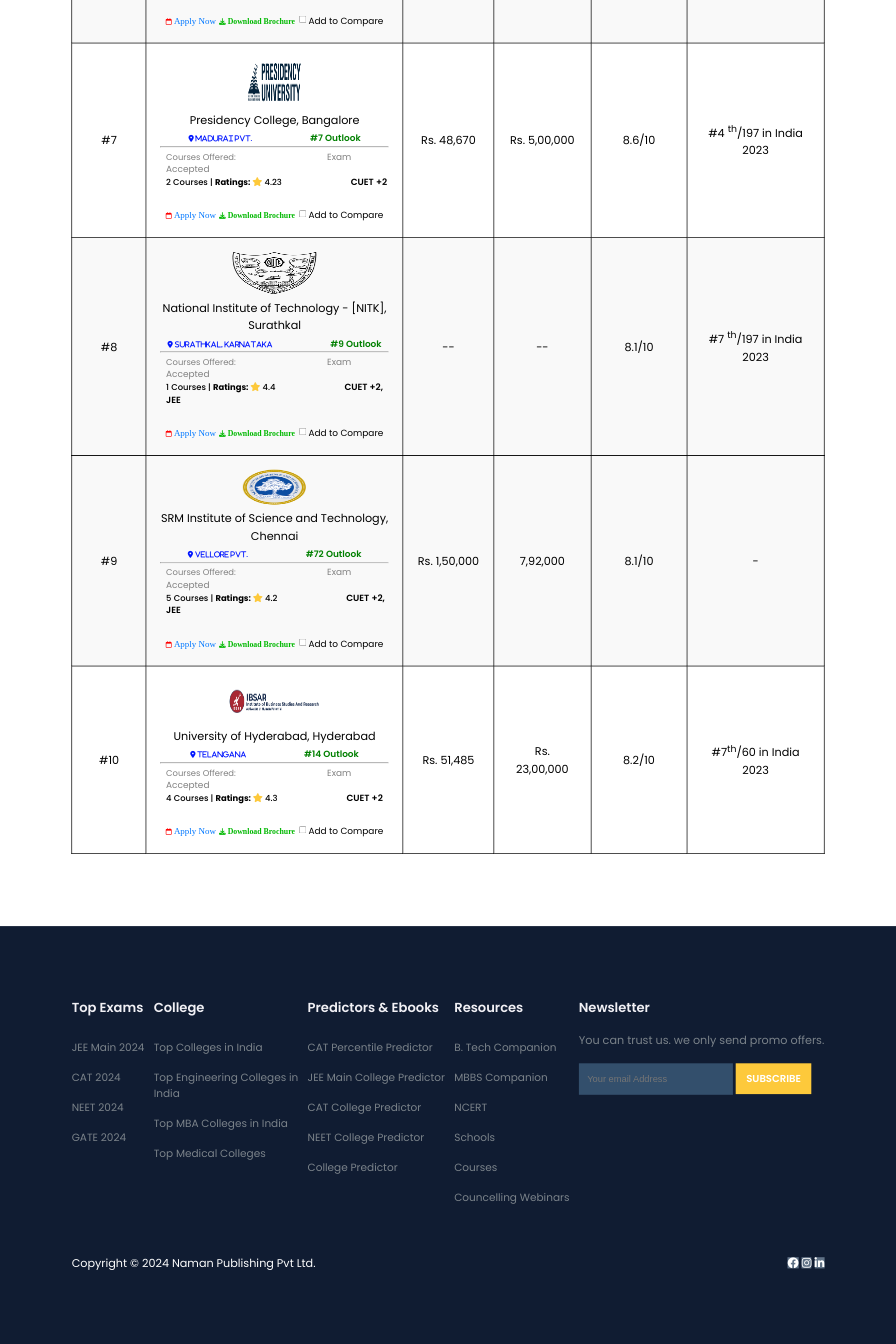
Repository: NamanSahu09/VidyaPreet-Ed-Tech-Website
Page: mca.html
These files come from the project's save history. The page is drawn as it stood at one moment and after a run of saves; the edit follows.
The browser window is 1280 px wide. The pictures show the part of the page from y = 3440 to 5360 px (the page is 5360 px tall), at 70% of full size.
Some web libraries are served in a nearby version.

Above is the page before, as saved 2024-04-15 00:16:16.

### mca.html
<!DOCTYPE html>
<html lang="en">
<head>
	<meta charset="UTF-8">
	<meta name="viewport" content="width=device-width, initial-scale=1.0">
	<title>Top MCA Colleges in India</title>
	<link rel="shortcut icon" href="img/Vidya peeth.png">
	<!-- font Awesome CDN link -->
	<link rel="stylesheet" href="https://cdnjs.cloudflare.com/ajax/libs/font-awesome/6.1.1/css/all.min.css" />

	<!-- External CSS -->
	<!-- <link rel="stylesheet" href="style.css"> -->
	<!-- <link rel="stylesheet" href="about.css"> -->
	<link rel="stylesheet" href="bsc.css">



	<!-- JQuery CDN link -->
	<script src="https://code.jquery.com/jquery-3.6.0.min.js" integrity="sha256-/xUj+3OJU5yExlq6GSYGSHk7tPXikynS7ogEvDej/m4=" crossorigin="anonymous"></script>
</head>
<body>
	<!-- Navigation start -->
	<nav>
		<img src="img/Vidya peeth.png" class="logo" alt="" height="70px"  width="250px"/>

		<div class="navigation">
			<ul>
				<i id="menu-close" class="fas fa-times"></i>
				<li><a href="index.html" class="active">Home</a></li>
				<li><a href="about.html">About Us</a></li>
				<!-- <li><a href="courses.html">Courses</a></li> -->
				<li><a href="contact.html">Contact</a></li>
				<li><a href="#">
					<i class="far fa-user"></i>
					</a>
				</li>


			</ul>

			<img src="img/menu.png" id="menu-btn" alt="">
		</div>
	</nav>
	<!-- Navigation ends -->



  <!-- login sign-up-form -->

  <div class="form">
    <!-- login -->
    <div class="login-form">

      <!-- cancel-btn -->

      <a href="#" class="form-cancel">
        <i class="fas fa-times"></i>
      </a>


      <strong>Log In</strong>
      <!-- inputs -->
      <form >
        <input type="email" placeholder="Example@gmail.com" name="email" required>
        <input type="password" placeholder="Password" name="password" required>
        <!-- submit-btn -->
        <input type="submit" value="Log In">
      </form>

      <!-- Forget-and-signup -->
      <div class="form-btns">
          <a href="#" class="forget">Forget Your Password?</a>
          <a href="#" class="sign-up-btn">Create Account</a>
    </div>

    </div>




     <!-- Sign Up -->
     <div class="sign-up-form">

      <!-- cancel-btn -->

      <a href="#" class="form-cancel">
        <i class="fas fa-times"></i>
      </a>


      <strong>Sign In</strong>
      <!-- inputs -->
      <form >
        <input type="text" placeholder="Full Name" name="fullname" required>
        <input type="email" placeholder="Example@gmail.com" name="email" required>
        <input type="password" placeholder="Password" name="password" required>
        <!-- submit-btn -->
        <input type="submit" value="Sign Up">
      </form>

      <!-- Forget-and-signup -->
      <div class="form-btns">
          <a href="#" class="already-acount">Already have Account?</a>
    </div>

    </div>

  </div>







	<!-- Hero section starts from here -->
	<section id="about-home">
		<h2>
			Lists of BCA Colleges in India based on 2024 Ranking
		</h2>
	</section>
	<!-- Hero section ends from here -->


  <div style="text-align: center; margin-top: 10px;">
    <img src="img/graph0.png" alt="" style="background-image:url('img/graph0.png'); background-position: center;">
    <img src="img/mca.png" alt="">
    <img src="img/mca2.webp" alt="">
</div>

	<section id="contact">

		<div class="table-container">
		<table  class="custom-table">
			<tr align="center">
	<th>CD RANK</th>
	<th>Colleges</th>
	<th>Course Fees</th>
	<th>Placement</th>
	<th>User Reviews</th>
	<th>Ranking</th>
	</tr>

	<tr align="center">
	<td>#1</td>
	<td>

		<div class="container-wrapper">

			<div class="container1">
				<img src="logos/christ.png" alt="logo" height="55px" width="80px">
			</div>

			<div class="container2">
				<a href="https://christuniversity.in/">Christ University, Bangalore</a><br>
		   <i class="fa-solid fa-location-dot " style="font-size: 10px; "> Karnataka Pvt. </i>
		   <span style="color: green; font-weight: 600; margin-left: 24%;"> #2 Outlook</span>
			</div>
		</div>

		<hr>


	<p style="font-size: 12px; color: grey; margin-left: 0.5rem; margin-top: 4px;" align="left">Courses Offered:
	<span class="between">Exam Accepted</span>
	</p>
	<p align="left" style="margin-left: 0.5rem; font-size: 12px; font-weight: 500; ">4 Courses |
			<b>Ratings: </b><i align="left" class="fa-solid fa-star"></i> 4.1
			<span class="between1">UGC, NBA Approved</span>
	</p>

<br>

	<i class="fa-regular fa-calendar" align="left"><a href="https://christuniversity.in/"> Apply Now </a></i>
	<i class="fa-solid fa-download"><a href="js files/st_stephens.pdf" download>Download Brochure</a></i>
	<input type="checkbox"><span>Add to Compare</span>





	</td>

	<td>Rs. 1,75,000</td>
	<td>Rs. 10,00,000</td>
	<td>8.3/10</td>
	<td>#1 <sup>st</sup>/172 in India 2023 </td>
	</tr>

	<tr align="center">
	<td>#2</td>


	<td>


		<div class="container-wrapper">

			<div class="container1">
				<img src="logos/presidency.png" alt="logo" height="60px" width="90px">
			</div>

			<div class="container2">
				<a href="https://www.nitt.edu/">NIT Trichy, tiruchirappalli</a><br>
		   <i class="fa-solid fa-location-dot " style="font-size: 10px; "> Karnataka Pvt. </i>
		   <span style="color: green; font-weight: 600; margin-left: 24%;"> #22 Outlook</span>
			</div>
		</div>

		<hr>


	<p style="font-size: 12px; color: grey; margin-left: 0.5rem; margin-top: 4px;" align="left">Courses Offered:
	<span class="between">Exam Accepted</span>
	</p>
	<p align="left" style="margin-left: 0.5rem; font-size: 12px; font-weight: 500; ">6 Courses |
			<b>Ratings: </b><i align="left" class="fa-solid fa-star"></i> 4.4
			<span class="between1">CUET +2</span>
	</p>

<br>

	<i class="fa-regular fa-calendar" align="left"><a href="https://www.nitt.edu/"> Apply Now </a></i>
	<i class="fa-solid fa-download" ><a href=""> Download Brochure </a></i>
	<input type="checkbox"><span>Add to Compare</span>

		</td>
	<td>Rs. 1,27,400</td>
	<td>Rs. 4,40,000</td>
	<td>7.9/10</td>
	<td>#14 <sup>th</sup>/197 in India 2023 </td>



	</tr>	<tr align="center">
	<td>#3</td>
	<td>


		<div class="container-wrapper">

			<div class="container1">
				<img src="logos/parul.png" alt="logo" height="50px" width="80px">
			</div>

			<div class="container2">

		<a href="https://www.nitw.ac.in/">NIT Warangal, Warangal</a><br>
		   <i class="fa-solid fa-location-dot " style="font-size: 10px; "> Warangal Pvt. </i>
		   <span style="color: green; font-weight: 600; margin-left: 24%;"> #87 Outlook</span>
			</div>
		</div>

		<hr>


	<p style="font-size: 12px; color: grey; margin-left: 0.5rem; margin-top: 4px;" align="left">Courses Offered:
	<span class="between">Exam Accepted</span>
	</p>
	<p align="left" style="margin-left: 0.5rem; font-size: 12px; font-weight: 500; ">3 Courses |
			<b>Ratings: </b><i align="left" class="fa-solid fa-star"></i> 4.7
			<span class="between1">CUET +2</span>
	</p>

<br>

	<i class="fa-regular fa-calendar" align="left"><a href="https://www.nitw.ac.in/"> Apply Now </a></i>
	<i class="fa-solid fa-download" ><a href=""> Download Brochure </a></i>
	<input type="checkbox"><span>Add to Compare</span>
	</td>

	<td>Rs. 1,34,000</td>
	<td>Rs. 4,80,000</td>
	<td>8.1/10</td>
	<td>#48 <sup>th</sup>/100 in India 2023 </td>
	</tr>


		<tr align="center">


	<td>#4</td>


	<td>

		<div class="container-wrapper">

			<div class="container1">
				<img src="logos/jnu.png" alt="logo" height="60px" width="90px">
			</div>

			<div class="container2">

				<a href="https://www.jnu.ac.in/">Jawaharlal nehru University, New Delhi</a><br>
		   <i class="fa-solid fa-location-dot " style="font-size: 10px; "> Chennai Pvt. </i>
		   <span style="color: green; font-weight: 600; margin-left: 24%;"> #35 Outlook</span>
			</div>
		</div>

		<hr>


	<p style="font-size: 12px; color: grey; margin-left: 0.5rem; margin-top: 4px;" align="left">Courses Offered:
	<span class="between">Exam Accepted</span>
	</p>
	<p align="left" style="margin-left: 0.5rem; font-size: 12px; font-weight: 500; ">5 Courses |
			<b>Ratings: </b><i align="left" class="fa-solid fa-star"></i> 3.7
			<span class="between1">CUET +2,JEE</span>
	</p>

<br>

	<i class="fa-regular fa-calendar" align="left"><a href="https://www.jnu.ac.in/"> Apply Now </a></i>
	<i class="fa-solid fa-download" ><a href=""> Download Brochure </a></i>
	<input type="checkbox"><span>Add to Compare</span>


	</td>
	<td>Rs. 85,670</td>
	<td>Rs. 7,92,000</td>
	<td>8.1/10</td>
	<td>#15 <sup>th</sup>/197 in India 2023 </td>


	</tr>	<tr align="center">
	<td>#6</td>

	<td>



		<div class="container-wrapper">

			<div class="container1">
				<img src="logos/Delhi_University's_official_logo.png" alt="logo" height="60px" width="80px">
			</div>

			<div class="container2">

				<a href="https://www.du.ac.in/">Delhi University, New Delhi</a><br>
		   <i class="fa-solid fa-location-dot " style="font-size: 10px; "> Pune Pvt. </i>
		   <span style="color: green; font-weight: 600; margin-left: 24%;"> #78 Outlook</span>
			</div>
		</div>

		<hr>


	<p style="font-size: 12px; color: grey; margin-left: 0.5rem; margin-top: 4px;" align="left">Courses Offered:
	<span class="between">Exam Accepted</span>
	</p>
	<p align="left" style="margin-left: 0.5rem; font-size: 12px; font-weight: 500; ">8 Courses |
			<b>Ratings: </b><i align="left" class="fa-solid fa-star"></i> 3.9
			<span class="between1">CUET +2</span>
	</p>

<br>

	<i class="fa-regular fa-calendar" align="left"><a href="https://www.du.ac.in/"> Apply Now </a></i>
	<i class="fa-solid fa-download" ><a href=""> Download Brochure </a></i>
	<input type="checkbox"><span>Add to Compare</span>








	</td>
	<td> -- </td>
	<td>Rs. 11,80,000</td>
	<td>7.8/10</td>
	<td>#2 <sup>th</sup>/197 in India 2023 </td>
	</tr>
	<tr align="center">

	<td>#7</td>



	<td>

		<div class="container-wrapper">

			<div class="container1">
				<img src="logos/presidency.png" alt="logo" height="70px" width="80px">
			</div>

			<div class="container2">

				<a href="https://presiuniv.ac.in/web/">Presidency College, Bangalore</a><br>
		   <i class="fa-solid fa-location-dot " style="font-size: 10px; "> Madurai Pvt. </i>
		   <span style="color: green; font-weight: 600; margin-left: 24%;"> #7 Outlook</span>
			</div>
		</div>

		<hr>


	<p style="font-size: 12px; color: grey; margin-left: 0.5rem; margin-top: 4px;" align="left">Courses Offered:
	<span class="between">Exam Accepted</span>
	</p>
	<p align="left" style="margin-left: 0.5rem; font-size: 12px; font-weight: 500; ">2 Courses |
			<b>Ratings: </b><i align="left" class="fa-solid fa-star"></i> 4.23
			<span class="between1">CUET +2</span>
	</p>

<br>

	<i class="fa-regular fa-calendar" align="left"><a href="https://presiuniv.ac.in/web/"> Apply Now </a></i>
	<i class="fa-solid fa-download" ><a href=""> Download Brochure </a></i>
	<input type="checkbox"><span>Add to Compare</span>






	</td>
	<td>Rs. 48,670</td>
	<td>Rs. 5,00,000</td>
	<td>8.6/10</td>
	<td>#4 <sup>th</sup>/197 in India 2023 </td>
	</tr>
	<tr align="center">


	<td>#8</td>



	<td>


		<div class="container-wrapper">

			<div class="container1">
				<img src="logos/nitsurkal.png" alt="logo" height="60px" width="120px">
			</div>

			<div class="container2">

				<a href="https://www.nitk.ac.in/">National Institute of Technology - [NITK], Surathkal</a><br>
		   <i class="fa-solid fa-location-dot " style="font-size: 10px; "> Surathkal, karnataka</i>
		   <span style="color: green; font-weight: 600; margin-left: 24%;"> #9 Outlook</span>
			</div>
		</div>

		<hr>


	<p style="font-size: 12px; color: grey; margin-left: 0.5rem; margin-top: 4px;" align="left">Courses Offered:
	<span class="between">Exam Accepted</span>
	</p>
	<p align="left" style="margin-left: 0.5rem; font-size: 12px; font-weight: 500; ">1 Courses |
			<b>Ratings: </b><i align="left" class="fa-solid fa-star"></i> 4.4
			<span class="between1">CUET +2, JEE</span>
	</p>

<br>

	<i class="fa-regular fa-calendar" align="left"><a href="https://www.nitk.ac.in/"> Apply Now </a></i>
	<i class="fa-solid fa-download" ><a href=""> Download Brochure </a></i>
	<input type="checkbox"><span>Add to Compare</span>






	</td>



	<td> -- </td>
	<td> -- </td>
	<td>8.1/10</td>
	<td>#7 <sup>th</sup>/197 in India 2023 </td>

	</tr>

	<tr align="center">


	<!-- <td>#9</td>
	<td>Hansraj College, New Delhi</td>


	<td>Rs. 24,655</td>
	<td>Rs. 7,90,000</td>
	<td>8.4/10</td>
	<td>#4 <sup>th</sup>/197 in India 2023 </td>
	</tr>	 -->



	<tr align="center">
	<td>#9</td>
	<td>



		<div class="container-wrapper">

			<div class="container1">
				<img src="logos/srm.png" alt="logo" height="50px" width="90px">
			</div>

			<div class="container2">

				<a href="https://www.srmist.edu.in/">SRM Institute of Science and Technology, Chennai</a><br>
		   <i class="fa-solid fa-location-dot " style="font-size: 10px; "> Vellore Pvt. </i>
		   <span style="color: green; font-weight: 600; margin-left: 24%;"> #72 Outlook</span>
			</div>
		</div>

		<hr>


	<p style="font-size: 12px; color: grey; margin-left: 0.5rem; margin-top: 4px;" align="left">Courses Offered:
	<span class="between">Exam Accepted</span>
	</p>
	<p align="left" style="margin-left: 0.5rem; font-size: 12px; font-weight: 500; ">5 Courses |
			<b>Ratings: </b><i align="left" class="fa-solid fa-star"></i> 4.2
			<span class="between1">CUET +2, JEE</span>
	</p>

<br>

	<i class="fa-regular fa-calendar" align="left"><a href="https://www.srmist.edu.in/"> Apply Now </a></i>
	<i class="fa-solid fa-download" ><a href=""> Download Brochure </a></i>
	<input type="checkbox"><span>Add to Compare</span>




	</td>
	<td>Rs. 1,50,000</td>
	<td> 7,92,000 </td>
	<td>8.1/10</td>
	<td > - </td>
	</tr>

	<tr align="center">

	<td>#10</td>


	<td>


		<div class="container-wrapper">

			<div class="container1">
				<img src="logos/ibsar-7-dec-1.png" alt="logo" height="60px" width="140px">
			</div>

			<div class="container2">

				<a href="https://uohyd.ac.in/">University of Hyderabad, Hyderabad</a><br>
		   <i class="fa-solid fa-location-dot " style="font-size: 10px; "> Telangana </i>
		   <span style="color: green; font-weight: 600; margin-left: 24%;"> #14 Outlook</span>
			</div>
		</div>

		<hr>


	<p style="font-size: 12px; color: grey; margin-left: 0.5rem; margin-top: 4px;" align="left">Courses Offered:
	<span class="between">Exam Accepted</span>
	</p>
	<p align="left" style="margin-left: 0.5rem; font-size: 12px; font-weight: 500; ">4 Courses |
			<b>Ratings: </b><i align="left" class="fa-solid fa-star"></i> 4.3
			<span class="between1">CUET +2</span>
	</p>

<br>

	<i class="fa-regular fa-calendar" align="left"><a href="https://uohyd.ac.in/"> Apply Now </a></i>
	<i class="fa-solid fa-download" ><a href=""> Download Brochure </a></i>
	<input type="checkbox"><span>Add to Compare</span>




	</td>
	<td>Rs. 51,485</td>
	<td>Rs. 23,00,000</td>
	<td>8.2/10</td>
	<td>#7<sup>th</sup>/60 in India 2023 </td>
	</tr>


	</table>

</div>










	</section>






<!--
	<section id="map">
		<iframe src="https://www.google.com/maps/embed?pb=!1m18!1m12!1m3!1d30711686.029386617!2d64.41853642919325!3d20.009139591170264!2m3!1f0!2f0!3f0!3m2!1i1024!2i768!4f13.1!3m3!1m2!1s0x30635ff06b92b791%3A0xd78c4fa1854213a6!2sIndia!5e0!3m2!1sen!2sin!4v1652012148253!5m2!1sen!2sin" style="border:0;" allowfullscreen="" loading="lazy" referrerpolicy="no-referrer-when-downgrade"></iframe>
	</section> -->


	<!-- Footer section starts from here -->
	<footer>
		<div class="footer-col">
			<h3>Top Exams</h3>
			<li>JEE Main 2024</li>
			<li>CAT 2024</li>
			<li>NEET 2024</li>
			<li>GATE 2024</li>

		</div>

		<div class="footer-col">
			<h3>College</h3>
			<li>Top Colleges in India</li>
			<li>Top Engineering Colleges in <br>India</li>
			<li>Top MBA Colleges in India</li>
			<li>Top Medical Colleges</li>
		</div>

		<div class="footer-col">
			<h3>Predictors & Ebooks</h3>
			<li>CAT Percentile Predictor</li>
			<li>JEE Main College Predictor</li>
			<li>CAT College Predictor</li>
			<li>NEET College Predictor</li>
			<li>College Predictor</li>
		</div>

		<div class="footer-col">
			<h3>Resources</h3>
			<li>B. Tech Companion</li>
			<li>MBBS Companion</li>
			<li>NCERT</li>
			<li>Schools</li>
			<li>Courses</li>
			<li>Councelling Webinars</li>
		</div>

		<div class="footer-col">
			<h3>Newsletter</h3>
			<p>You can trust us. we only send promo offers.</p>

			<div class="subscribe">
				<input type="email" placeholder="Your email Address">
				<a href="#" class="yellow">SUBSCRIBE</a>
			</div>
		</div>

		<div class="copyright">
			<p align="center">
				Copyright &copy; 2024 Naman Publishing Pvt Ltd.
			</p>
			<div class="pro-links">
				<i class="fab fa-facebook"></i>
				<i class="fab fa-instagram"></i>
				<i class="fab fa-linkedin-in"></i>
			</div>
		</div>
	</footer>
	<!-- Footer section ends from here -->

	<script>
		// Show menu links on burger click
		$('#menu-btn').click(function(){
			$('nav .navigation ul').addClass('active')
		});

		// Hide navbar on click function
		$('#menu-close').click(function(){
			$('nav .navigation ul').removeClass('active')
		});

 /*---For Login and Sign-up----------------------------*/

 $(document).on('click', '.far.fa-user', function(){
    $('.form').addClass('login-active').removeClass('sign-up-active');
});

$(document).on('click', '.sign-up-btn', function(){
    $('.form').removeClass('login-active').addClass('sign-up-active');
});

$(document).on('click', '.form-cancel', function(){
    $('.form').removeClass('login-active').removeClass('sign-up-active');
});

$(document).on('click', '.already-acount', function(){
    $('.form').addClass('login-active').removeClass('sign-up-active');
});


	</script>

</body>
</html>

Loaded but not shown: bsc.css (690 lines, source omitted)

After the next 2 saves:
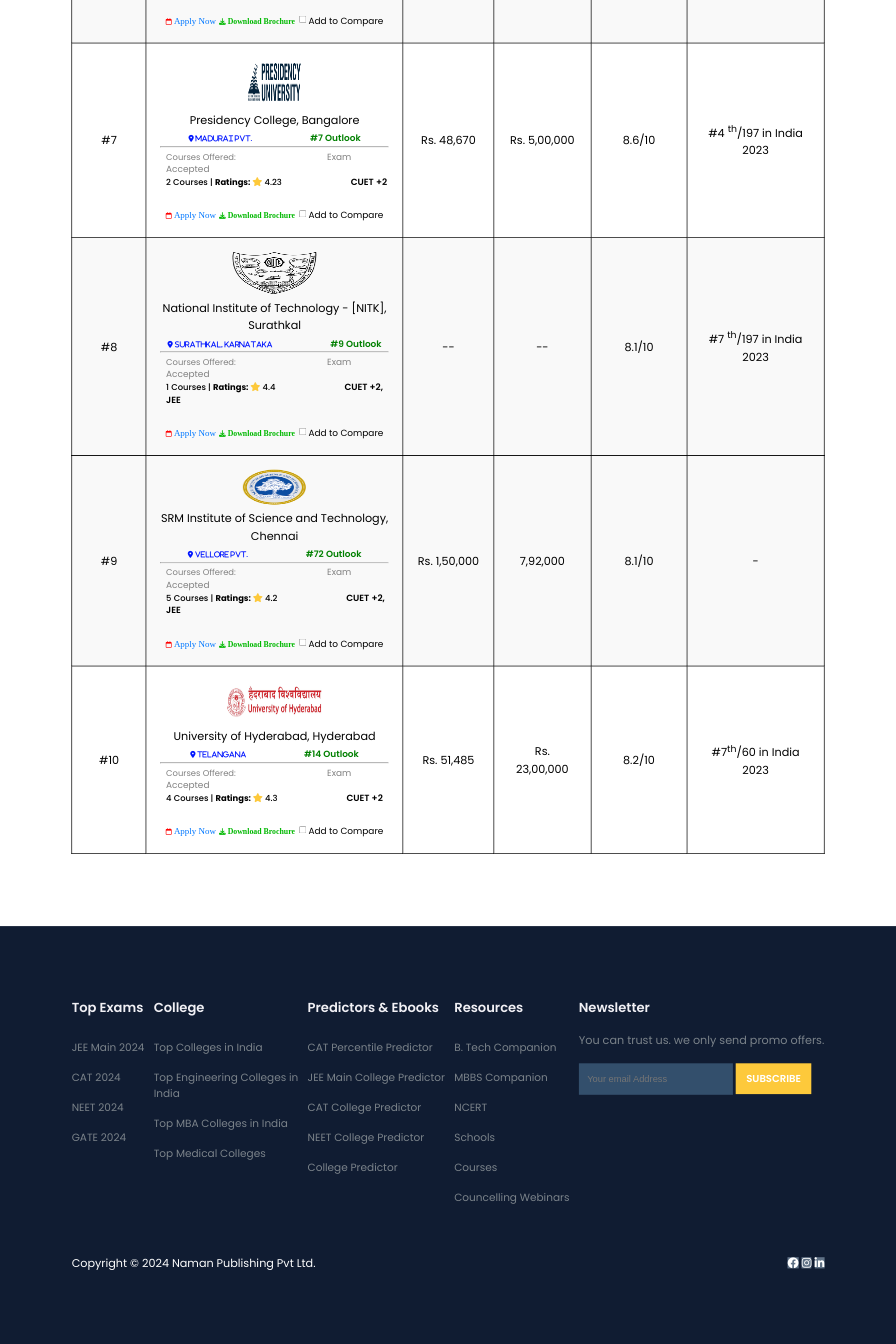
The 2 saves are shown as one change because they came seconds apart.
The last was saved 33 s later.
--- a/mca.html
+++ b/mca.html
@@ -554,7 +554,7 @@
 		<div class="container-wrapper">
 
 			<div class="container1">
-				<img src="logos/ibsar-7-dec-1.png" alt="logo" height="60px" width="140px">
+				<img src="logos/uoh-logo-horizontal.png" alt="logo" height="60px" width="140px">
 			</div>
 
 			<div class="container2">
